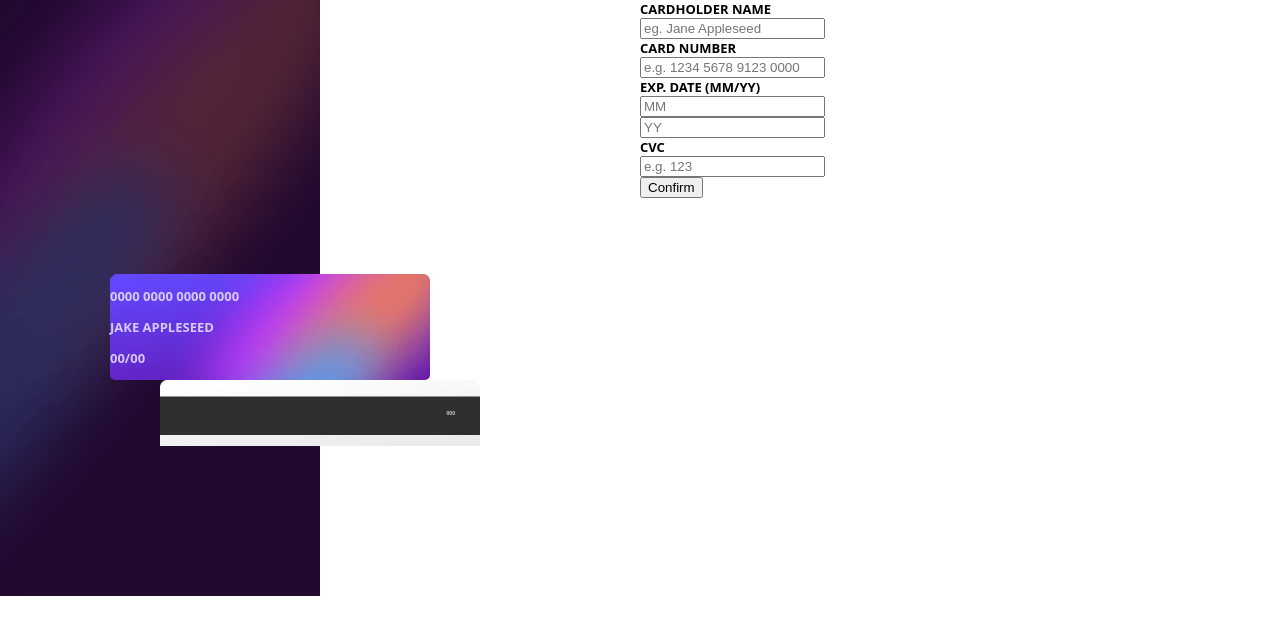
Repository: Celebration-cloud/my-project
Page: interactive-card-details-form-main/index.html
An editor plug-in stored every save of this project. The page is shown before and after a run of saves, followed by the edit.
The browser window is 1280 px wide. The pictures show the whole page.

Above is the page before, as saved 2023-08-22 18:56:13.

After the next 4 saves:
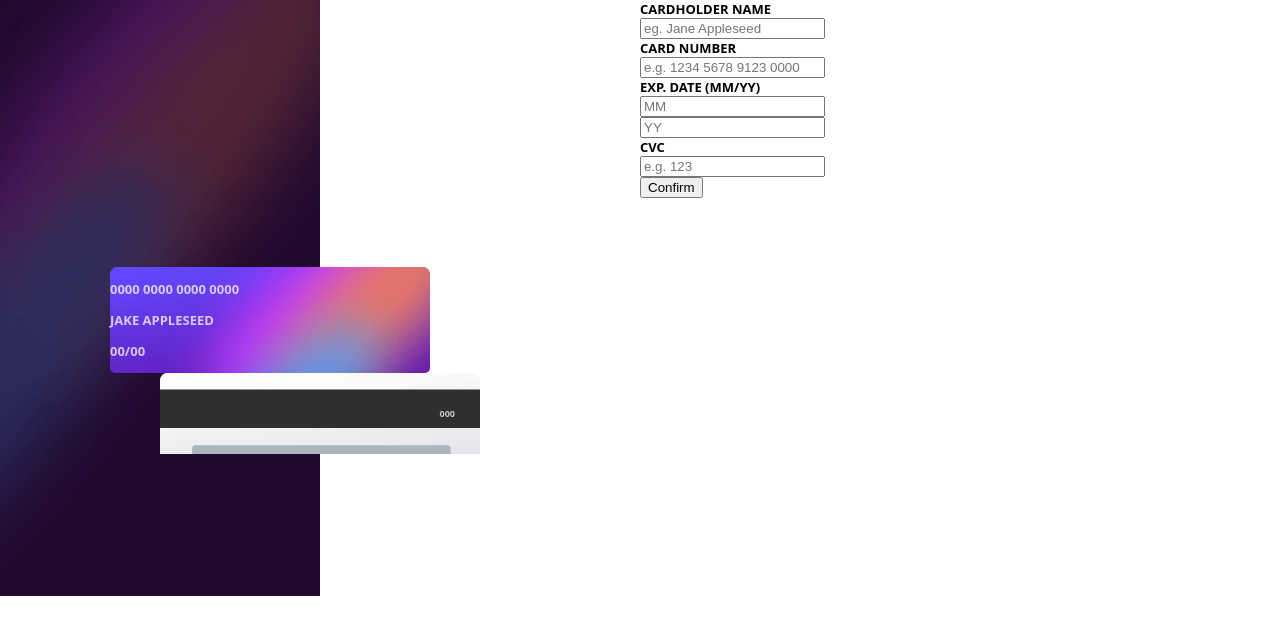
The 4 saves are shown as one change because they came seconds apart.
The last was saved 7 s later.
--- a/interactive-card-details-form-main/index.css
+++ b/interactive-card-details-form-main/index.css
@@ -39,5 +39,5 @@ body{
     padding: 25px;
     margin-left: 95px;
     color: rgba(255, 255, 255, 0.737);
-    font-size: 5px;
+    font-size: 9px;
 }
